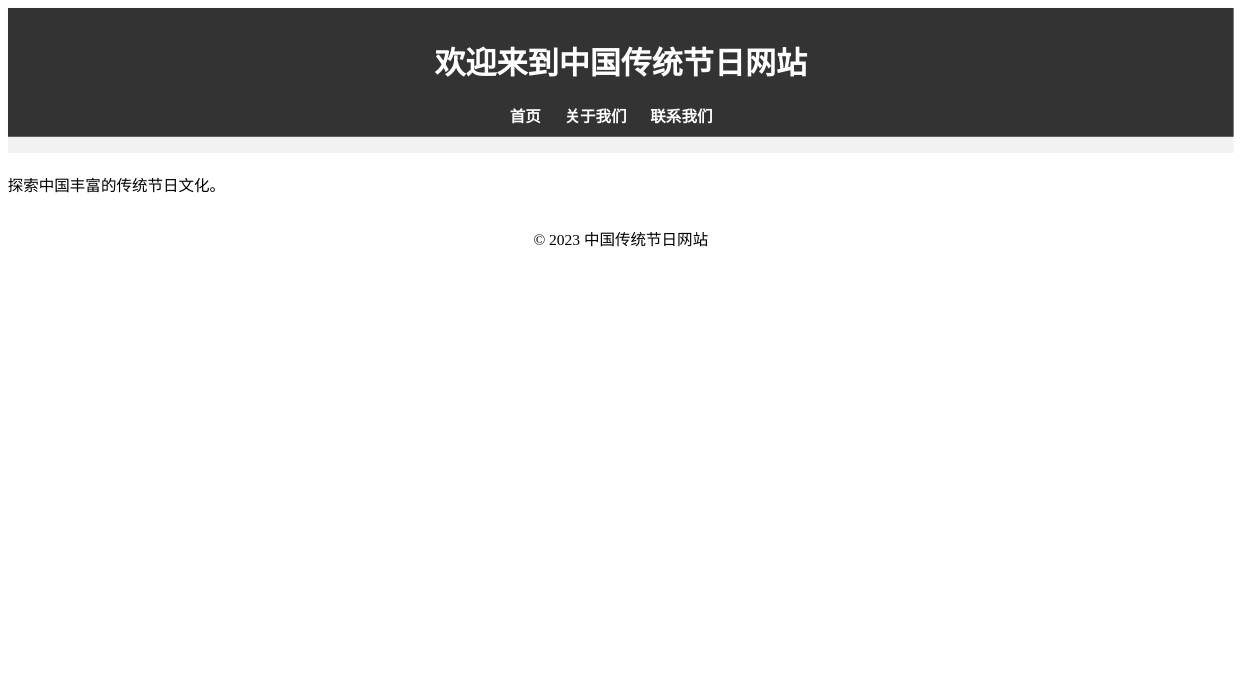
Repository: XueJie1/computer-operation-basics
Page: index.html
These files come from the project's save history. The page is drawn as it stood at one moment and after the next save; the edit follows.
The browser window is 1280 px wide. The pictures show the whole page, at 97% of full size.

Above is the page before, as saved 2023-08-30 14:00:17.

### index.html
<!DOCTYPE html>
<html lang="zh-CN">

<head>
    <meta charset="UTF-8">
    <meta name="viewport" content="width=device-width, initial-scale=1.0">
    <title>中国传统节日</title>
    <link rel="stylesheet" type="text/css" href="styles.css" />
</head>

<body>
    <div class="header"><embed src="pages/header.html"></embed></div>
    <main>
        <p>探索中国丰富的传统节日文化。</p>
        <!-- 在这里添加更多的首页内容 -->
    </main>
    <div class="footer"> <embed src="pages/footer.html"></embed></div>

</body>

</html>

### styles.css
embed {
    width: 100%;
    scrollbar-width: none;
}

### pages/header.html
<!DOCTYPE html>
<html lang="en">
<head>
    <meta charset="UTF-8">
    <meta name="viewport" content="width=device-width, initial-scale=1.0">
    <style>
        /* 添加全局样式，设置页面的基本样式 */
        body {
            font-family: Arial, sans-serif;
            margin: 0;
            padding: 0;
            background-color: #f2f2f2;
        }

        /* 样式化导航菜单 */
        header {
            background-color: #333;
            color: #fff;
            padding: 10px 0;
        }

        h1 {
            text-align: center;
        }

        nav ul {
            list-style-type: none;
            margin: 0;
            padding: 0;
            text-align: center;
        }

        nav ul li {
            display: inline;
            margin-right: 20px;
        }

        nav ul li a {
            text-decoration: none;
            color: #fff;
            font-weight: bold;
            font-size: 16px;
        }

        nav ul li a:hover {
            color: #ff9900; /* 鼠标悬停时的颜色 */
        }
    </style>
</head>
<body>
    <header>
        <h1>欢迎来到中国传统节日网站</h1>
        <!-- 这里放置你的网站导航菜单、标志等内容 -->
        <nav>
            <ul>
                <li><a href="#">首页</a></li>
                <li><a href="about.html">关于我们</a></li>
                <li><a href="contact.html">联系我们</a></li>
                <!-- 添加其他页面链接 -->
            </ul>
        </nav>
        </header>
</body>
</html>

### pages/footer.html
<!DOCTYPE html>
<html lang="en">

<head>
    <meta charset="UTF-8">
    <meta name="viewport" content="width=device-width, initial-scale=1.0">
    <style>
        footer {
            text-align: center;
        }
    </style>
</head>

<body>
    <footer>
        <!-- 这里放置你的页脚内容，如版权信息、社交媒体链接等 -->
        <p>&copy; 2023 中国传统节日网站</p>
    </footer>
</body>

</html>

After the next save:
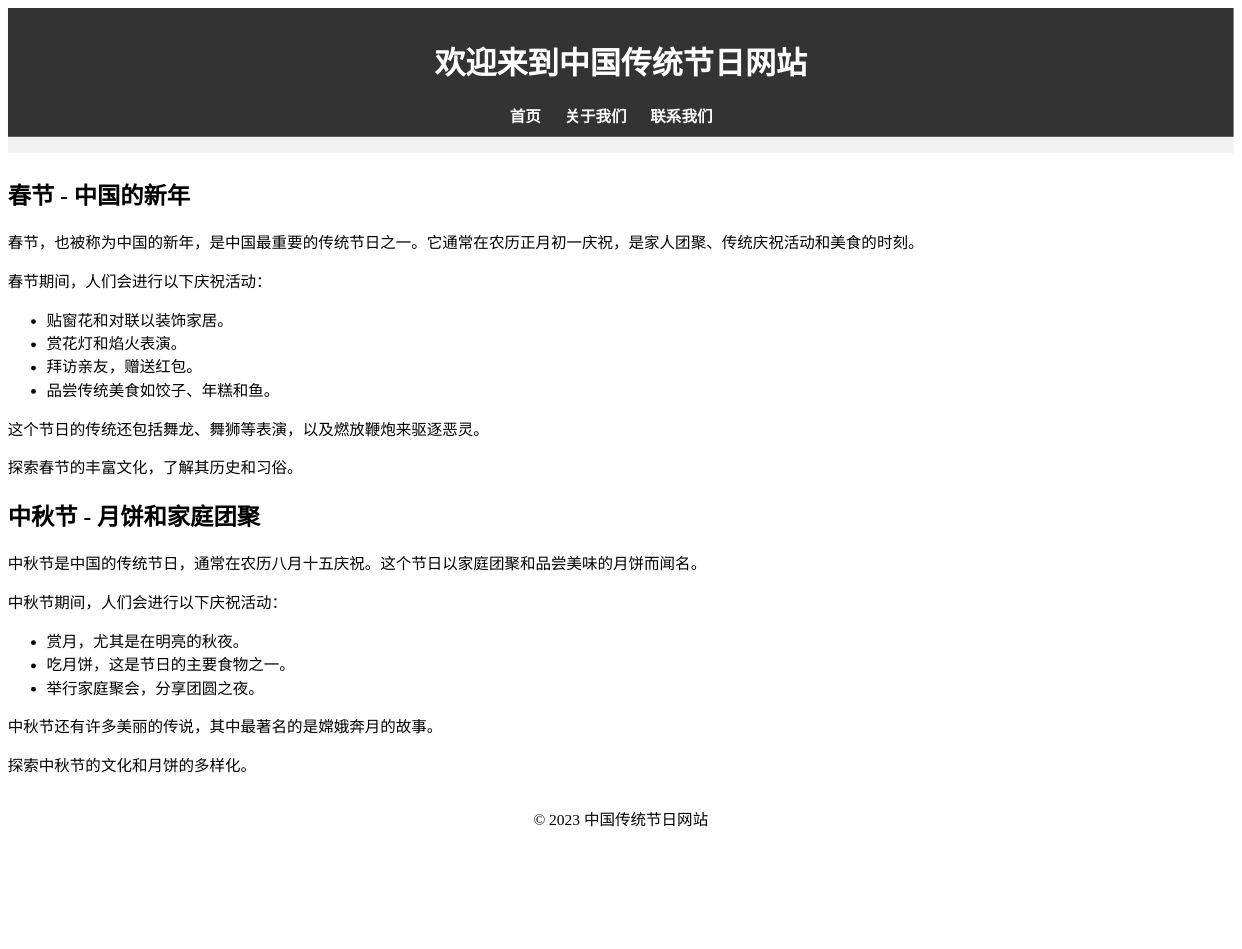
Saved 108 s later.
--- a/index.html
+++ b/index.html
@@ -11,9 +11,37 @@
 <body>
     <div class="header"><embed src="pages/header.html"></embed></div>
     <main>
-        <p>探索中国丰富的传统节日文化。</p>
-        <!-- 在这里添加更多的首页内容 -->
+        <section id="spring-festival">
+            <h2>春节 - 中国的新年</h2>
+            <p>春节，也被称为中国的新年，是中国最重要的传统节日之一。它通常在农历正月初一庆祝，是家人团聚、传统庆祝活动和美食的时刻。</p>
+            <p>春节期间，人们会进行以下庆祝活动：</p>
+            <ul>
+                <li>贴窗花和对联以装饰家居。</li>
+                <li>赏花灯和焰火表演。</li>
+                <li>拜访亲友，赠送红包。</li>
+                <li>品尝传统美食如饺子、年糕和鱼。</li>
+            </ul>
+            <p>这个节日的传统还包括舞龙、舞狮等表演，以及燃放鞭炮来驱逐恶灵。</p>
+            <p>探索春节的丰富文化，了解其历史和习俗。</p>
+        </section>
+
+        <section id="mid-autumn-festival">
+            <h2>中秋节 - 月饼和家庭团聚</h2>
+            <p>中秋节是中国的传统节日，通常在农历八月十五庆祝。这个节日以家庭团聚和品尝美味的月饼而闻名。</p>
+            <p>中秋节期间，人们会进行以下庆祝活动：</p>
+            <ul>
+                <li>赏月，尤其是在明亮的秋夜。</li>
+                <li>吃月饼，这是节日的主要食物之一。</li>
+                <li>举行家庭聚会，分享团圆之夜。</li>
+            </ul>
+            <p>中秋节还有许多美丽的传说，其中最著名的是嫦娥奔月的故事。</p>
+            <p>探索中秋节的文化和月饼的多样化。</p>
+        </section>
+
+        <!-- 添加更多节日的信息 -->
+
     </main>
+
     <div class="footer"> <embed src="pages/footer.html"></embed></div>
 
 </body>
